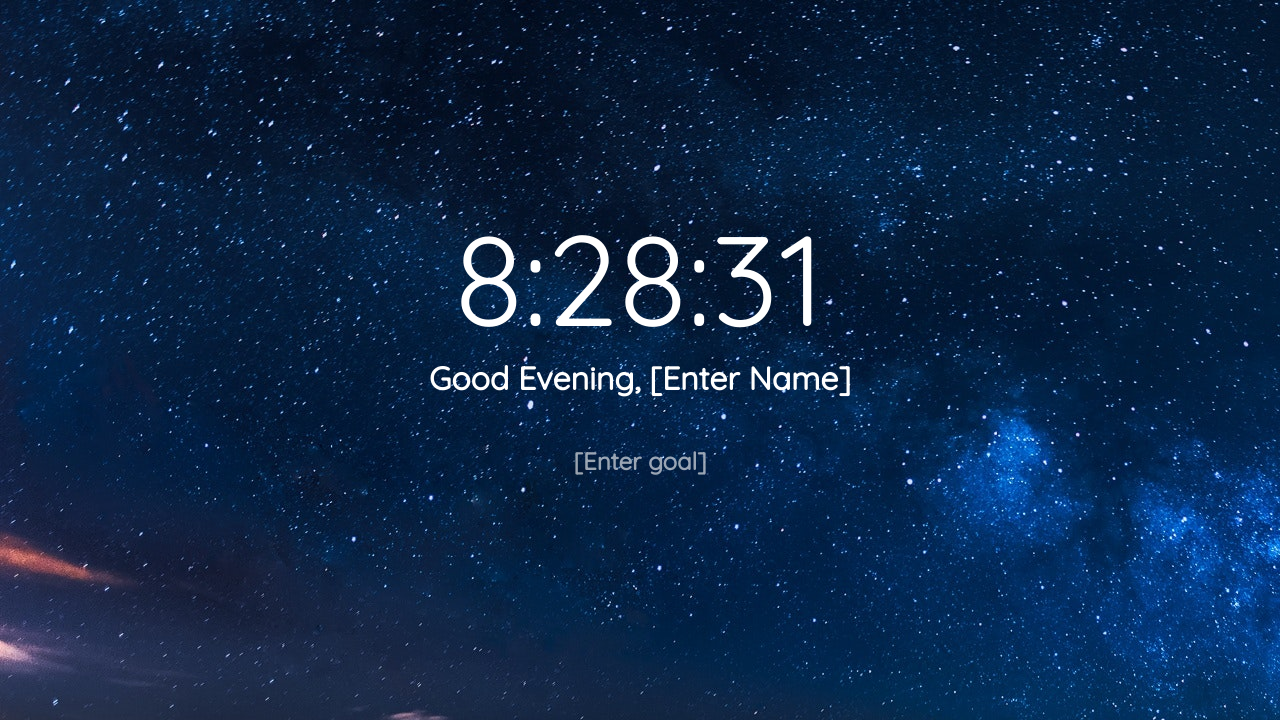
Repository: MikeTroianello/Landing-Page
Page: index.html
An editor plug-in stored every save of this project. The page is shown before and after the next save, followed by the edit.
The browser window is 1280 px wide. The pictures show the whole page.

Above is the page before, as saved 2019-06-20 00:02:43.

After the next save:
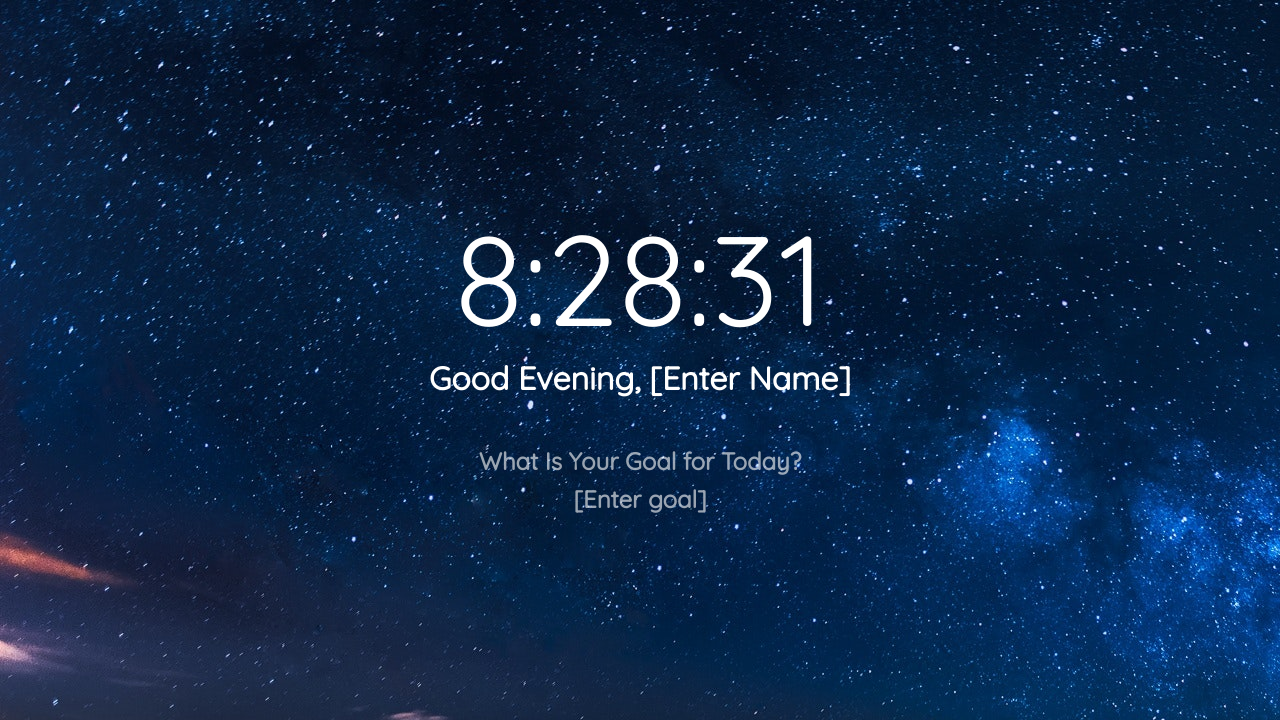
Saved 28 s later.
--- a/index.html
+++ b/index.html
@@ -18,8 +18,8 @@
       <span id="name" contenteditable="true"></span>
     </h1>
     <!-- <h2 id="focus">What Is Your Focus for Today?</h2> -->
-    <h2 id="goal">What Is Your Goal for Today?</h2>
-    <h2 contenteditable="true"></h2>
+    <h2>What Is Your Goal for Today?</h2>
+    <h2 id="goal" contenteditable="true"></h2>
 
     <script src="main.js"></script>
   </body>
